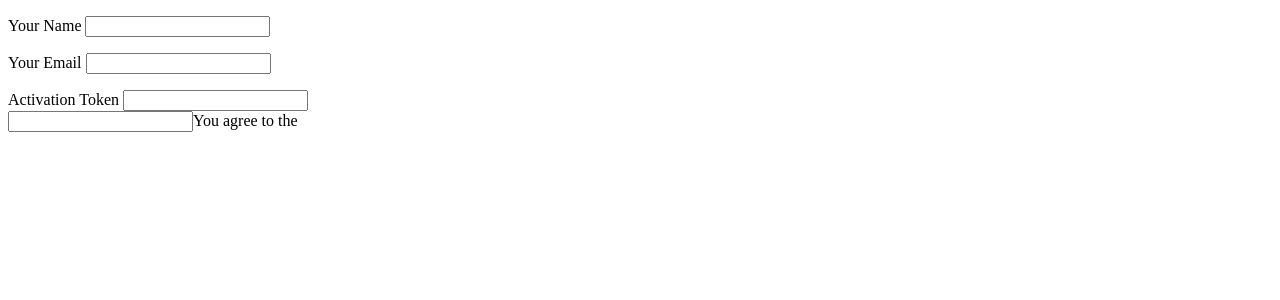
Repository: Rachael4life/Assignment-1
Page: starter-code/src/index.html
These files come from the project's save history. The page is drawn as it stood at one moment and after the next save; the edit follows.
The browser window is 1280 px wide. The pictures show the whole page.

Above is the page before, as saved 2022-02-25 12:24:53.

After the next save:
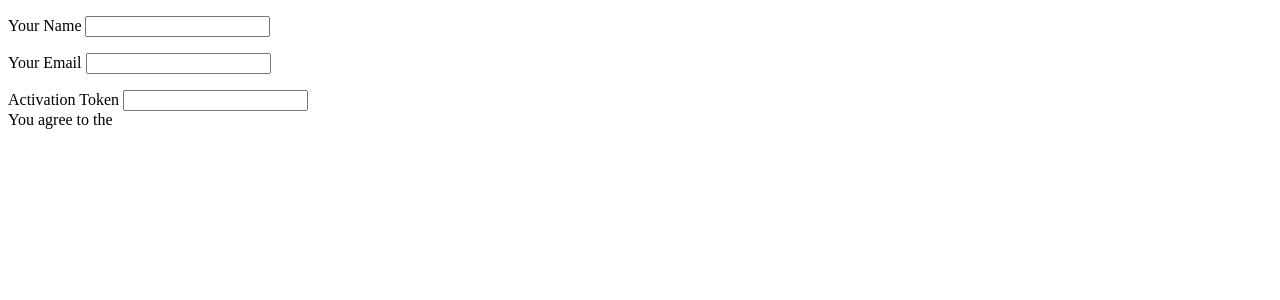
Saved 21 s later.
--- a/starter-code/src/index.html
+++ b/starter-code/src/index.html
@@ -22,7 +22,7 @@
                 <input type="number" name="activation token" id="name" placeholder="">
             </div>
             <div>
-                <input type="text">You agree to the
+                You agree to the
             </div>
         </form>
     </div>
